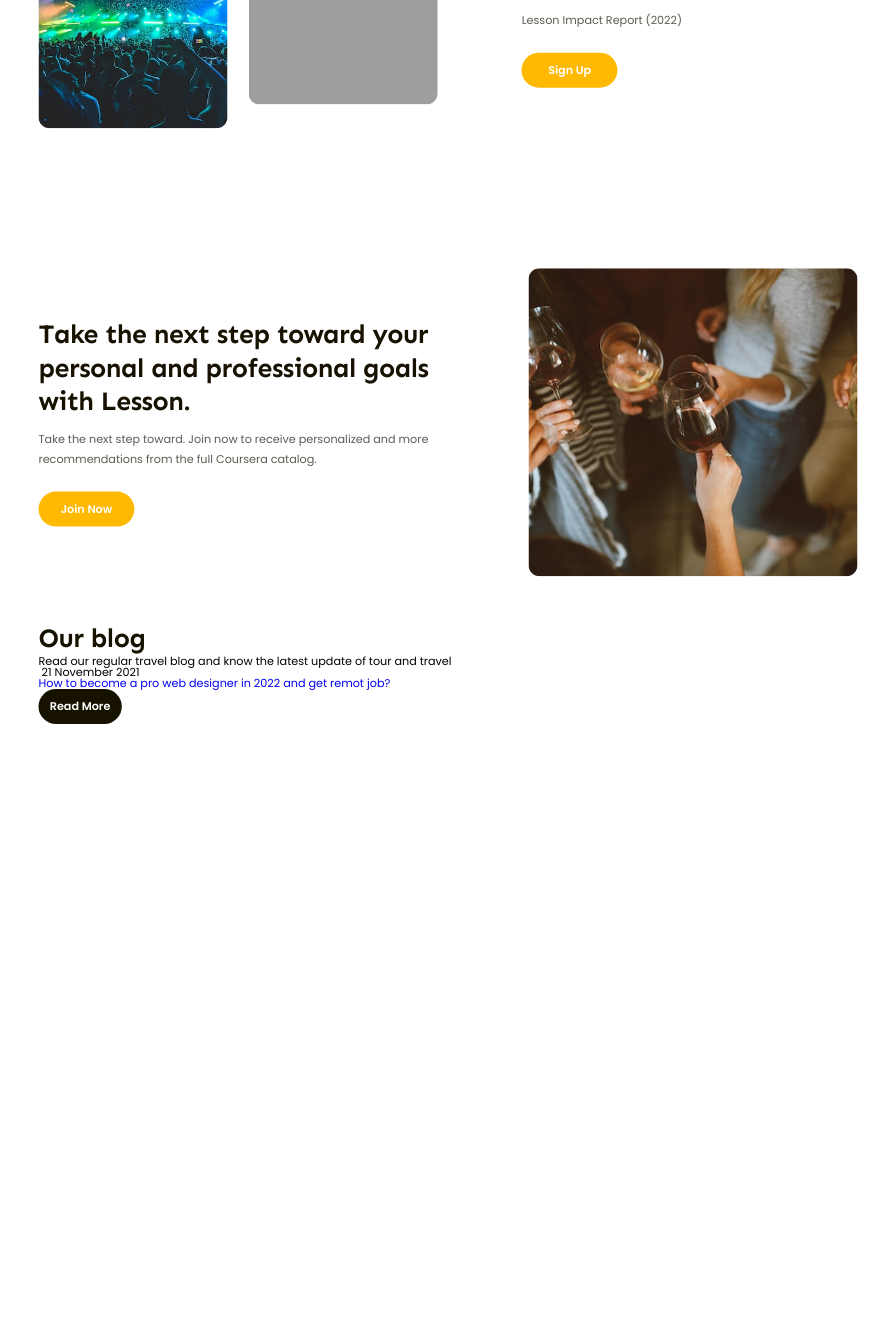
Repository: anhtien111198/f8-htmlcss-02
Page: index.html
The author's editor kept a copy of each file at every save. The page is drawn from the files as they stood at one save, then again after the next save.
The browser window is 1280 px wide. The pictures show the part of the page from y = 2785 to 4705 px (the page is 5000 px tall), at 70% of full size.
Pictures or frames that could not be fetched are drawn as grey boxes. A picture or video elsewhere on the page could not be fetched, so the positions and the page height are approximate.

Above is the page before, as saved 2023-05-09 16:01:15.

After the next save:
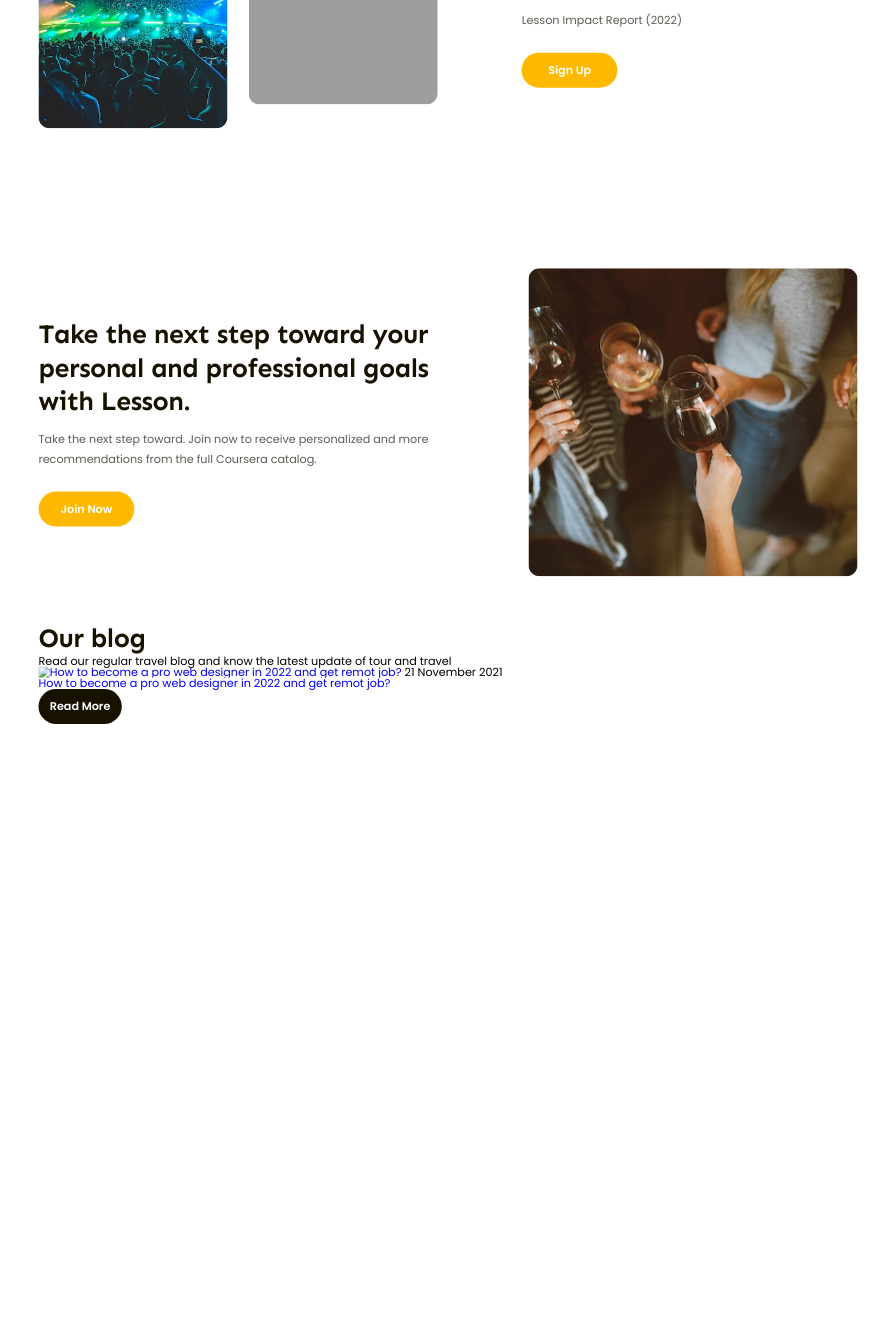
Saved 14 s later.
--- a/index.html
+++ b/index.html
@@ -473,7 +473,12 @@
                     <div class="blog-list">
                         <div class="item">
                             <a href="#!">
-                                <img src="" alt="" class="thum" />
+                                <img
+                                    src=""
+                                    alt="How to become a pro web designer in 2022
+                                and get remot job?"
+                                    class="thum"
+                                />
                             </a>
                             <span class="date">21 November 2021</span>
                             <h3 class="title">
